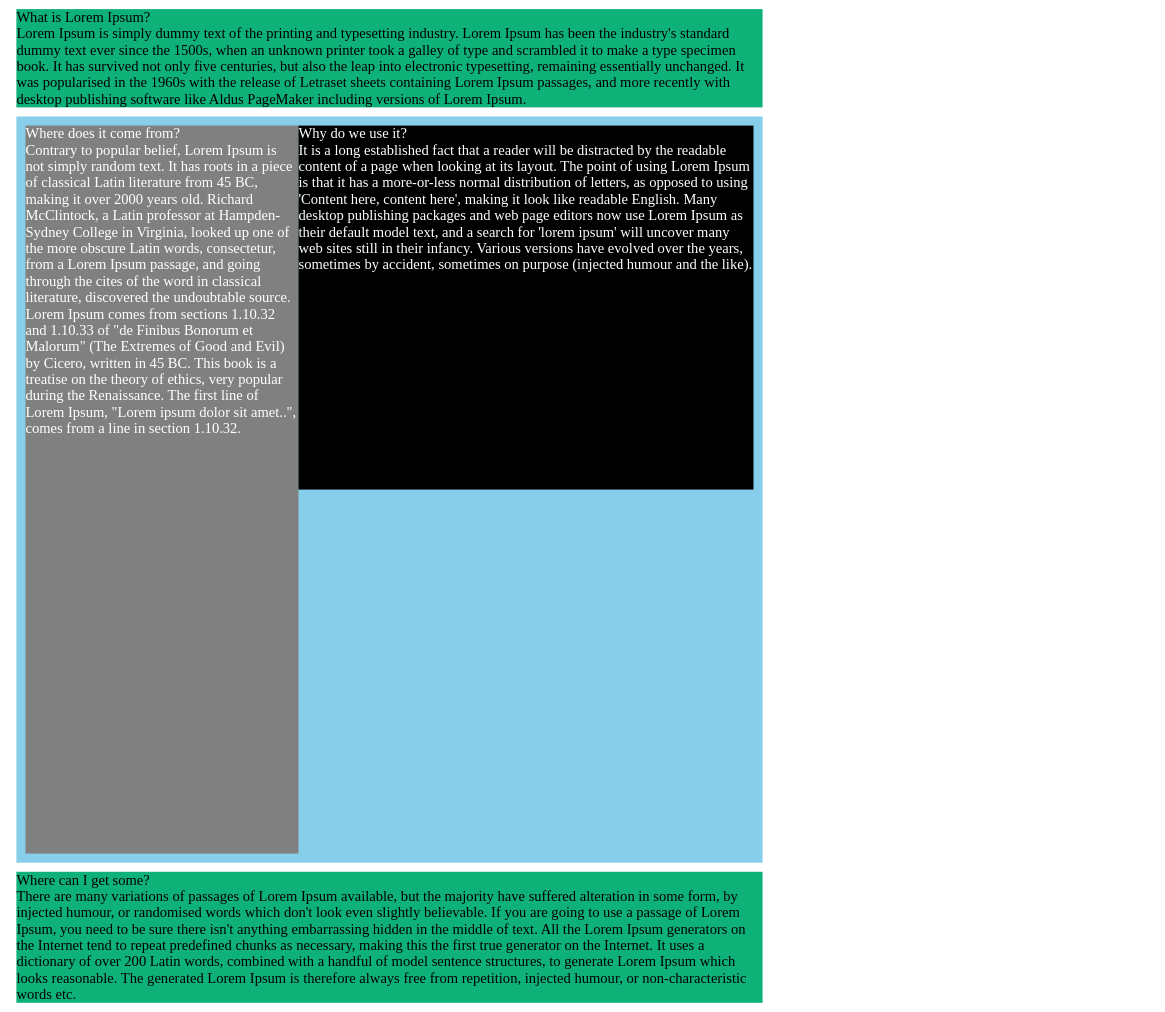
Repository: odasd/Ark-html
Page: 20200408/ex20200408/WebContent/ex03.html
These files come from the project's save history. The page is drawn as it stood at one moment and after the next save; the edit follows.
The browser window is 1280 px wide. The pictures show the whole page, at 91% of full size.

Above is the page before, as saved 2020-04-08 05:02:56.

### 20200408/ex20200408/WebContent/ex03.html
<!DOCTYPE html>
<html>
<head>
	<meta charset="UTF-8">
	<title>연습03</title>
	<style>
		#top, #bottom {background:#0eb279; width:820px;  margin:10px;}
		#left {color:white; background:gray; float:left; width:300px; height:800px;}
		#right{color:white; background:black; float:right; width:500px; height:400px;}
		#middle {width:800px; margin:10px; padding:10px; overflow:hidden; background:skyblue;}
	</style>
</head>
<body>
	<div id="top">
		What is Lorem Ipsum?<br>
		Lorem Ipsum is simply dummy text of the printing and typesetting industry. Lorem Ipsum has been the industry's standard dummy text ever since the 1500s, when an unknown printer took a galley of type and scrambled it to make a type specimen book. It has survived not only five centuries, but also the leap into electronic typesetting, remaining essentially unchanged. It was popularised in the 1960s with the release of Letraset sheets containing Lorem Ipsum passages, and more recently with desktop publishing software like Aldus PageMaker including versions of Lorem Ipsum.
	</div>
	<div id="middle">
		<div id="left">
			Where does it come from?<br>
			Contrary to popular belief, Lorem Ipsum is not simply random text. It has roots in a piece of classical Latin literature from 45 BC, making it over 2000 years old. Richard McClintock, a Latin professor at Hampden-Sydney College in Virginia, looked up one of the more obscure Latin words, consectetur, from a Lorem Ipsum passage, and going through the cites of the word in classical literature, discovered the undoubtable source. Lorem Ipsum comes from sections 1.10.32 and 1.10.33 of "de Finibus Bonorum et Malorum" (The Extremes of Good and Evil) by Cicero, written in 45 BC. This book is a treatise on the theory of ethics, very popular during the Renaissance. The first line of Lorem Ipsum, "Lorem ipsum dolor sit amet..", comes from a line in section 1.10.32.
		</div>
		<div id="right">
			Why do we use it?<br>
			It is a long established fact that a reader will be distracted by the readable content of a page when looking at its layout. The point of using Lorem Ipsum is that it has a more-or-less normal distribution of letters, as opposed to using 'Content here, content here', making it look like readable English. Many desktop publishing packages and web page editors now use Lorem Ipsum as their default model text, and a search for 'lorem ipsum' will uncover many web sites still in their infancy. Various versions have evolved over the years, sometimes by accident, sometimes on purpose (injected humour and the like).
		</div>
	</div>
	<div id="bottom">
		Where can I get some?<br>
		There are many variations of passages of Lorem Ipsum available, but the majority have suffered alteration in some form, by injected humour, or randomised words which don't look even slightly believable. If you are going to use a passage of Lorem Ipsum, you need to be sure there isn't anything embarrassing hidden in the middle of text. All the Lorem Ipsum generators on the Internet tend to repeat predefined chunks as necessary, making this the first true generator on the Internet. It uses a dictionary of over 200 Latin words, combined with a handful of model sentence structures, to generate Lorem Ipsum which looks reasonable. The generated Lorem Ipsum is therefore always free from repetition, injected humour, or non-characteristic words etc.
	</div>
</body>
</html>

After the next save:
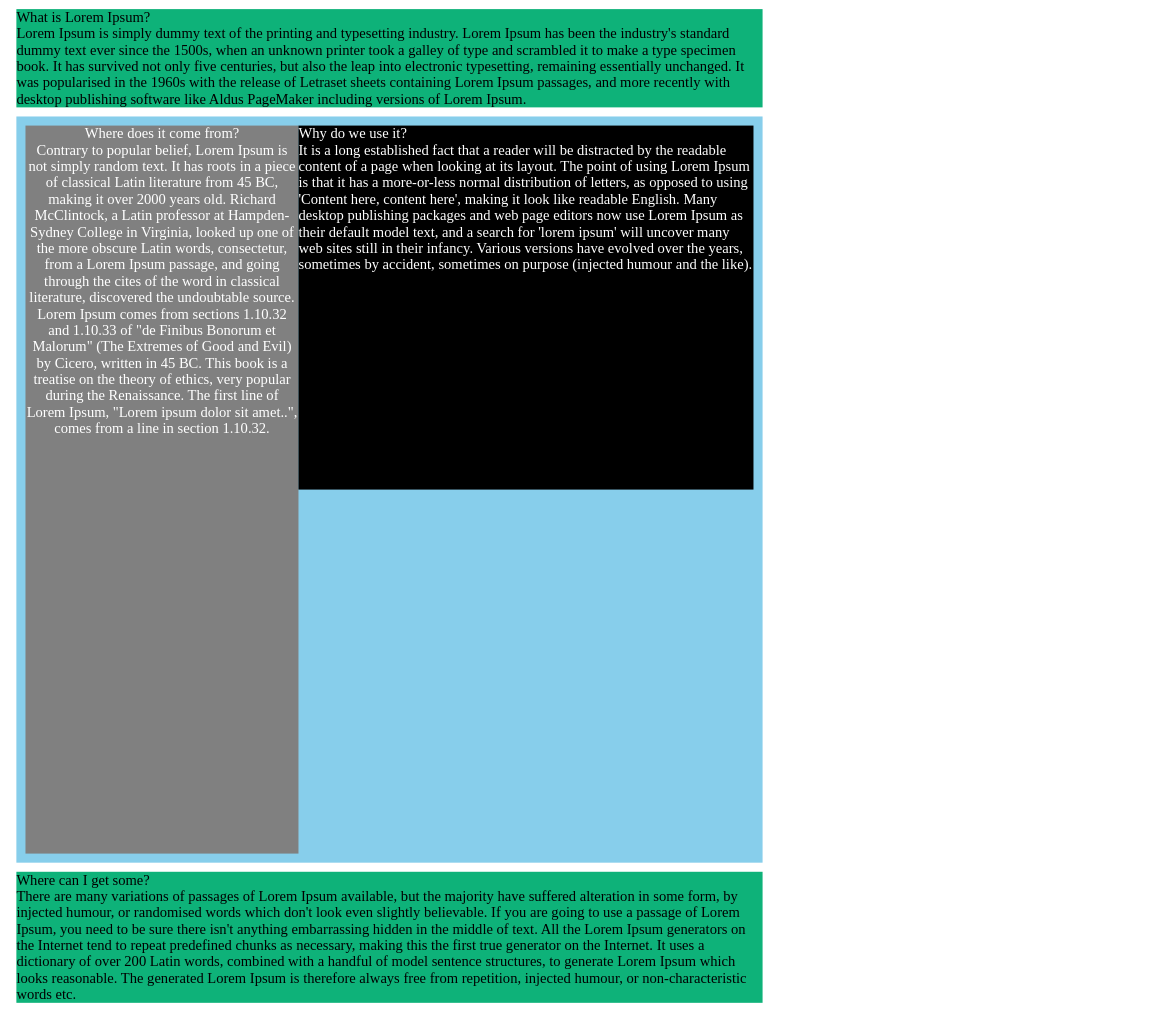
Saved 87 s later.
--- a/20200408/ex20200408/WebContent/ex03.html
+++ b/20200408/ex20200408/WebContent/ex03.html
@@ -5,7 +5,7 @@
 	<title>연습03</title>
 	<style>
 		#top, #bottom {background:#0eb279; width:820px;  margin:10px;}
-		#left {color:white; background:gray; float:left; width:300px; height:800px;}
+		#left {color:white; background:gray; float:left; width:300px; height:800px; text-align:center;}
 		#right{color:white; background:black; float:right; width:500px; height:400px;}
 		#middle {width:800px; margin:10px; padding:10px; overflow:hidden; background:skyblue;}
 	</style>
